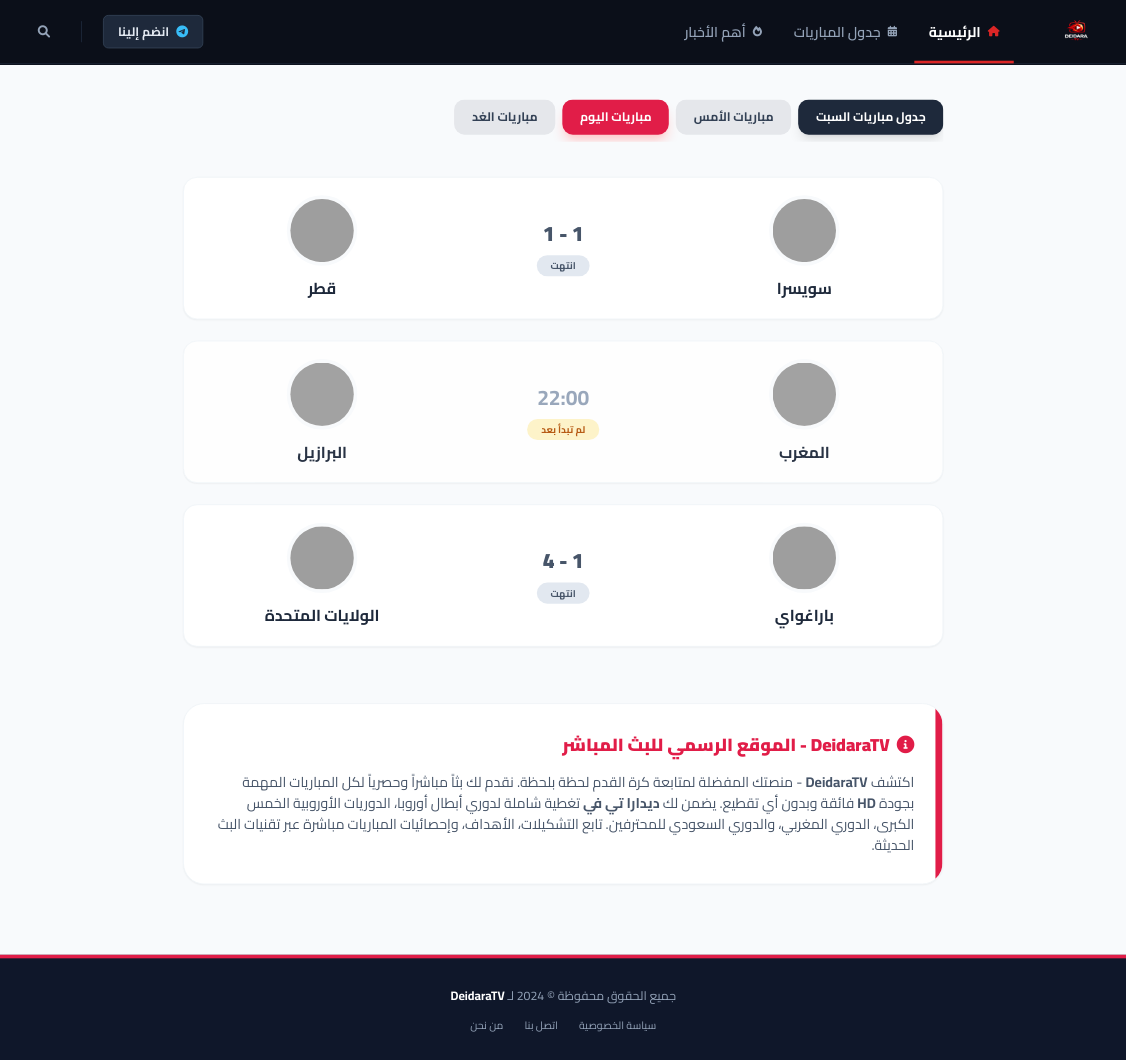
Repository: zakariax05/deidaraTV
Page: index.html
An editor plug-in stored every save of this project. The page is shown before and after the next save, followed by the edit.
The browser window is 1280 px wide. The pictures show the whole page, at 88% of full size.
Pictures or frames that could not be fetched are drawn as grey boxes. Some web libraries are served in a nearby version.

Above is the page before, as saved 2026-06-14 03:44:28.

After the next save:
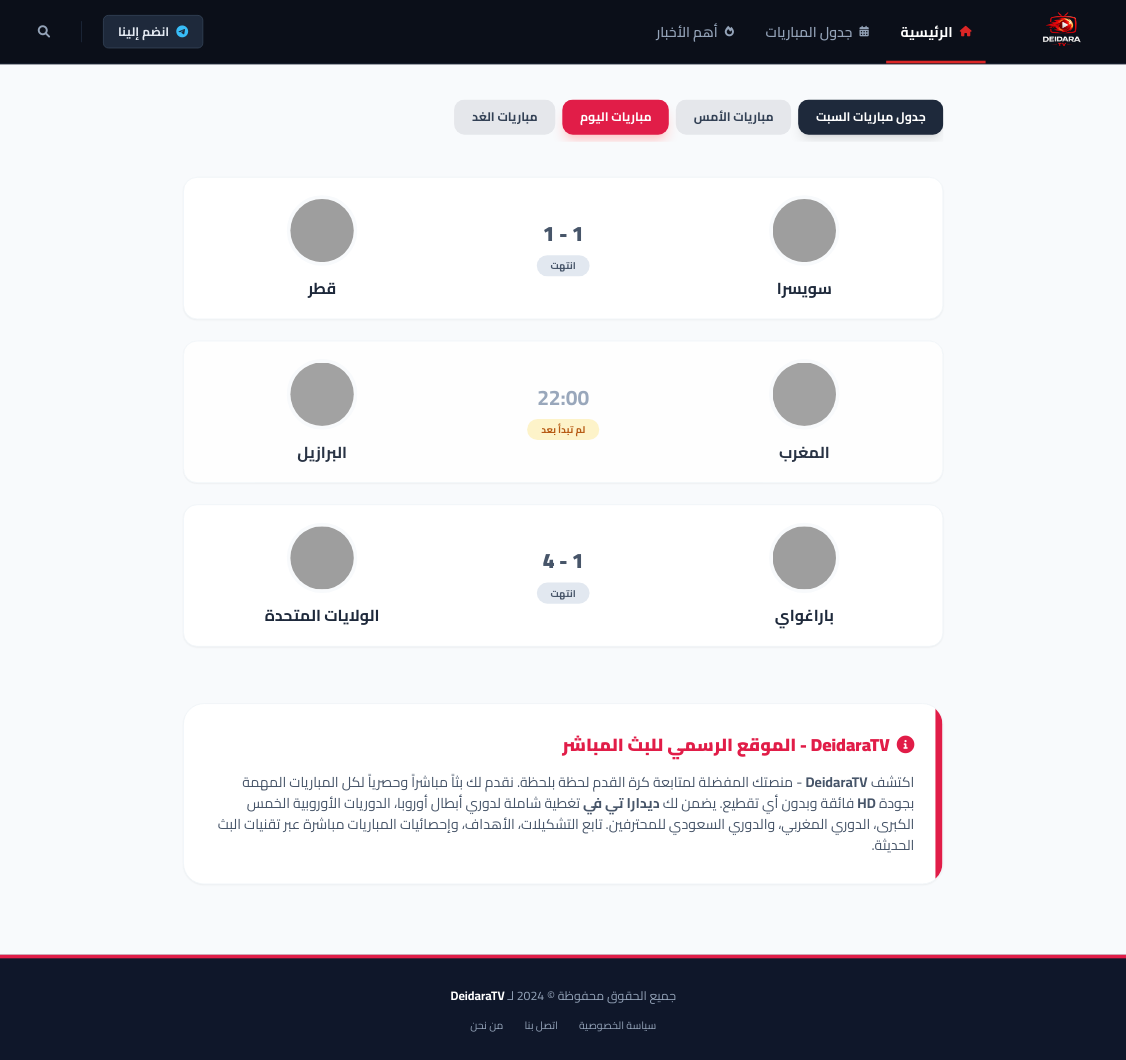
Saved 19 s later.
--- a/index.html
+++ b/index.html
@@ -49,7 +49,7 @@
           <div onclick="window.location.reload()"
             class="flex items-center gap-3 cursor-pointer group select-none relative z-50">
             <img src="imgs/logo-deidaratv.png" alt="DeidaraTV Logo"
-              class="h-10 md:h-12 w-auto object-contain transition-opacity hover:opacity-80">
+              class="h-20 md:h-20 w-auto object-contain transition-opacity hover:opacity-80">
           </div>
 
           <nav class="hidden lg:flex items-center gap-1 h-full">
